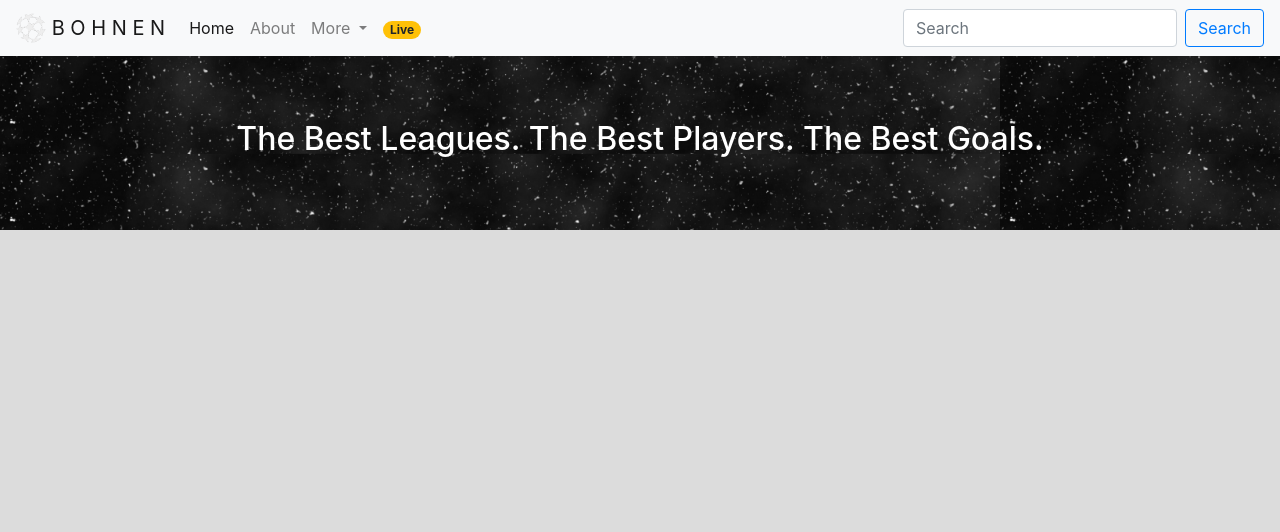
Repository: davidbohnen/BOHNEN
Page: resources/views/public.blade.php
An editor plug-in stored every save of this project. The page is shown before and after the next save, followed by the edit.
The browser window is 1280 px wide. The pictures show the whole page.
Some web libraries are served in a nearby version. The page is served by the project's Laravel application, run on PHP 8.4 with Laravel 8. The template is opened directly, without the code that normally fills it, so the values that code supplies are empty.

Above is the page before, as saved 2020-05-05 19:55:57.

After the next save:
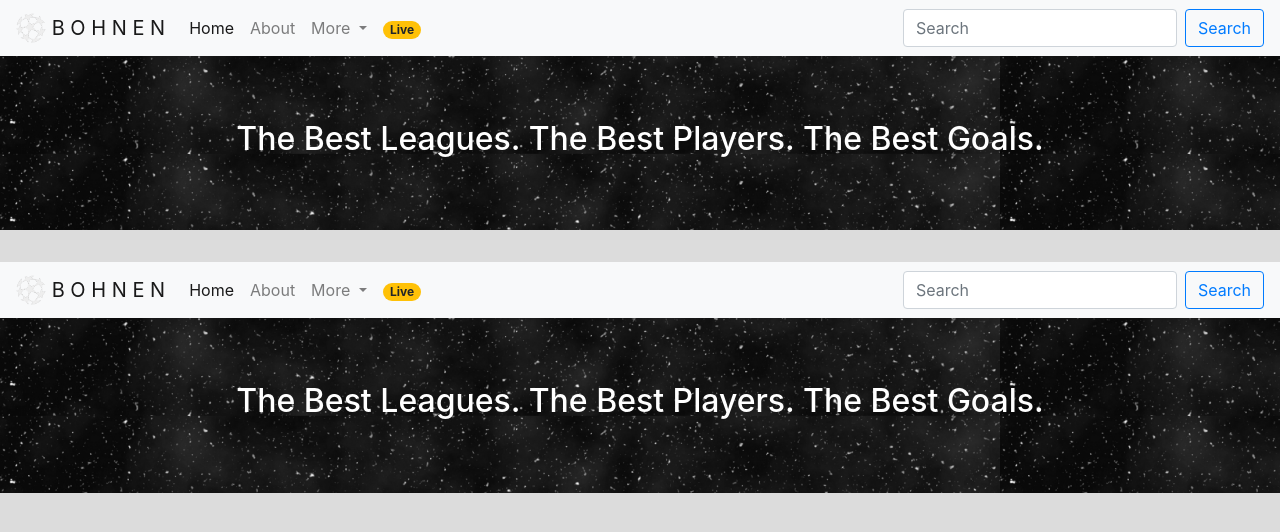
Saved 90 s later.
--- a/resources/views/public.blade.php
+++ b/resources/views/public.blade.php
@@ -1,6 +1,5 @@
-
+@extends('topbar')
 @section('images')
-@section('topbar')
 @section('title', 'BOHNEN')
 @section('jumbotext', 'The Best Leagues. The Best Players. The Best Goals.')
 
